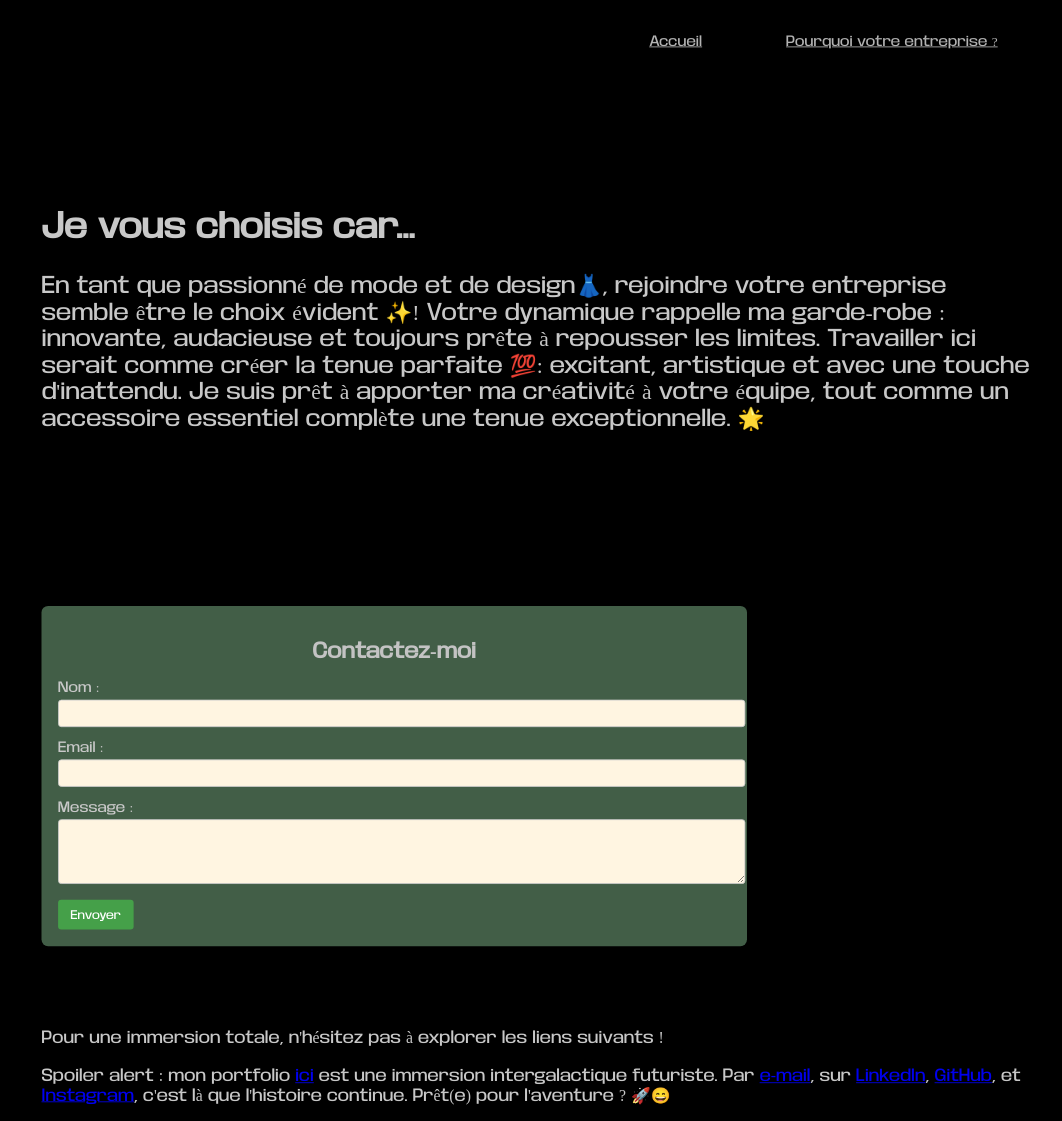
Repository: inessben/application
Page: about/about.html
These files come from the project's save history. The page is drawn as it stood at one moment and after a run of saves; the edit follows.
The browser window is 1280 px wide. The pictures show the whole page, at 83% of full size.

Above is the page before, as saved 2023-12-04 02:20:37.

After the next 2 saves:
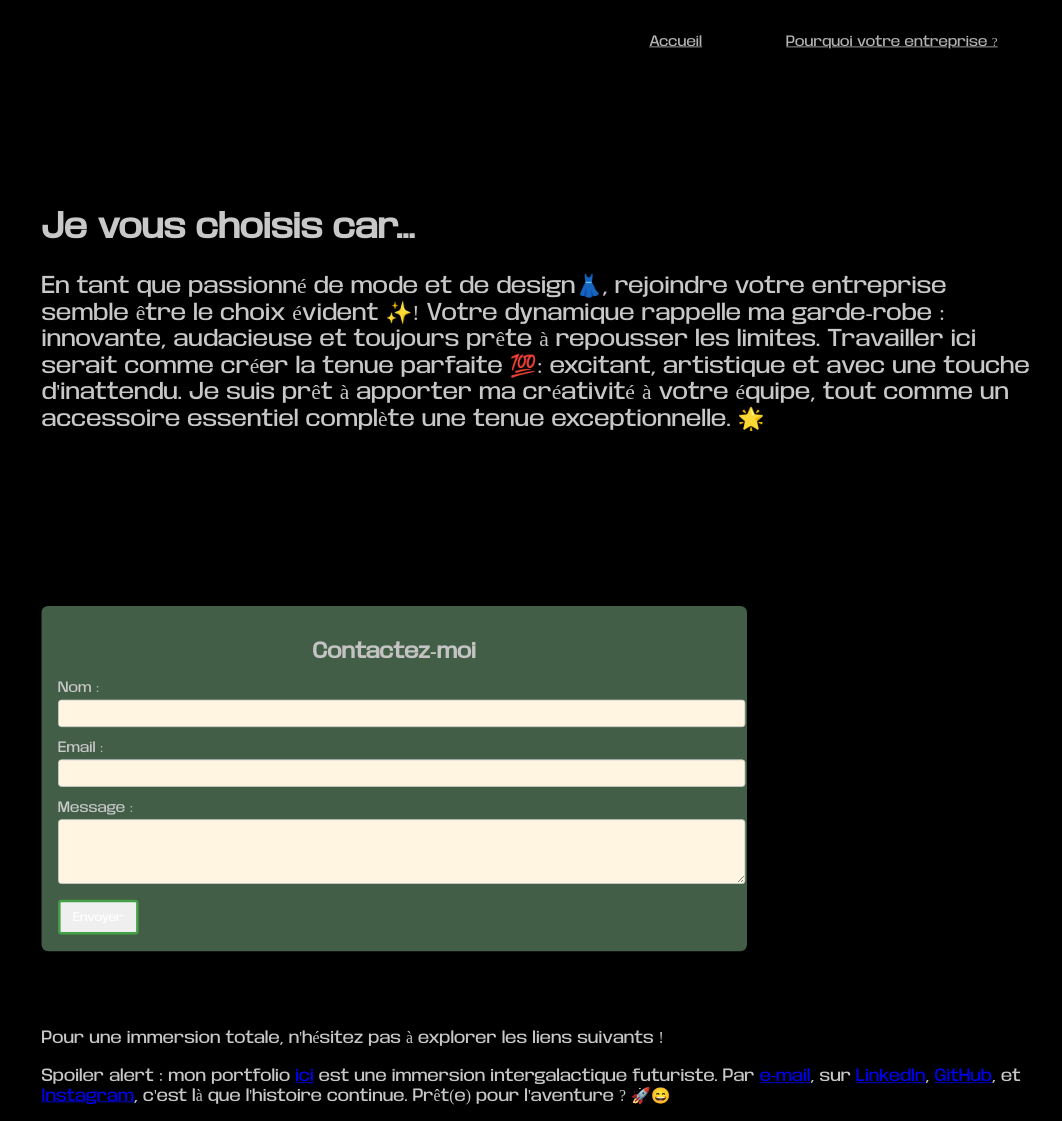
The 2 saves are shown as one change because they came seconds apart.
The last was saved 54 s later.
--- a/about/about.css
+++ b/about/about.css
@@ -100,11 +100,11 @@ body {
     }
 
 #contact-form button {
-    background-color: #45a049;
+    /* background-color: #45a049; */
     font-family: "Base Neue";
     color: white;
     align-items: center;
-    border: 1px #425E47;
+    border: 3px solid #45a049;
     padding: 10px 15px;
     border-radius: 4px;
     cursor: pointer;
